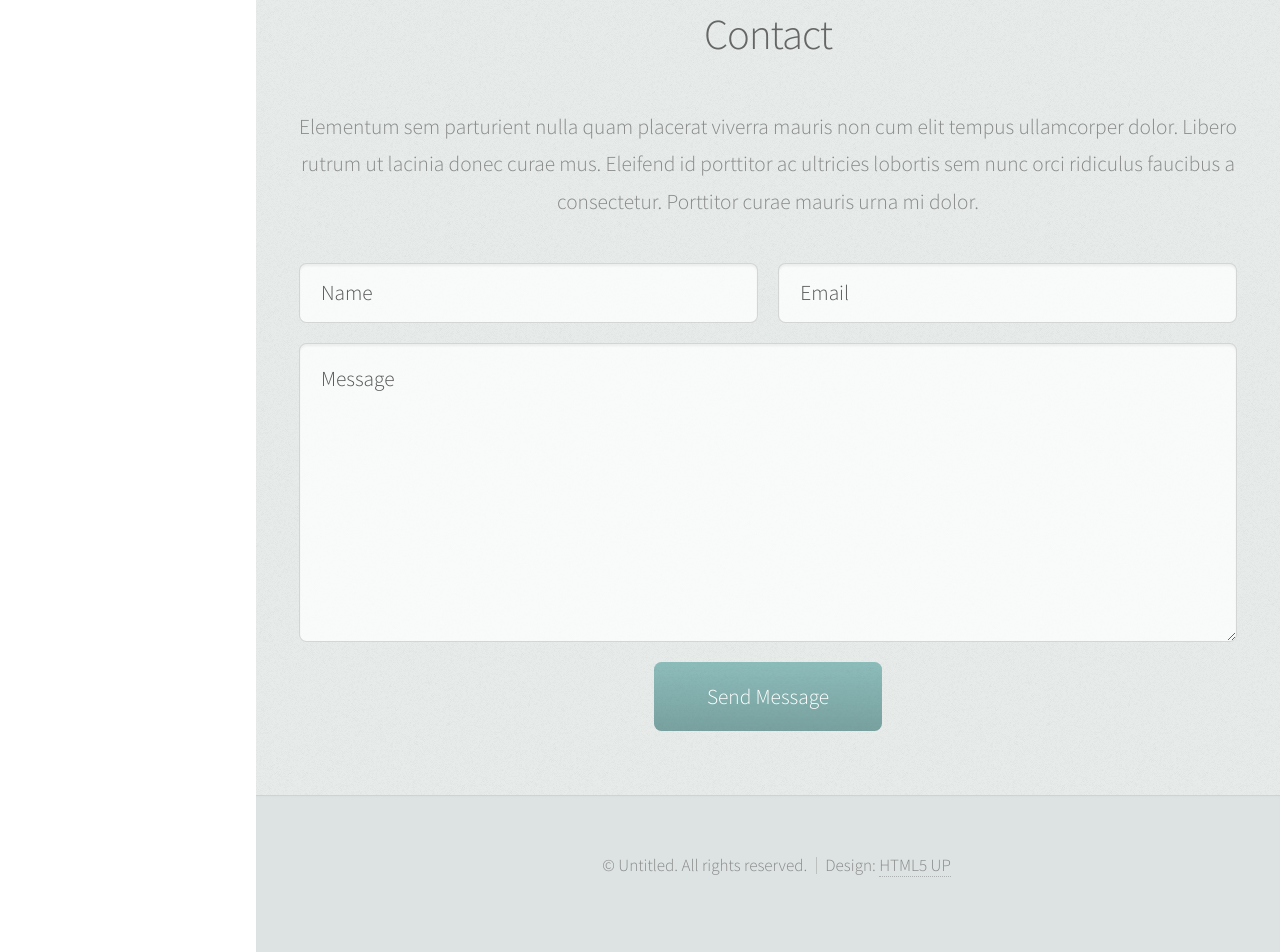
Repository: fiedore/fiedore.github.io
Page: index.html
An editor plug-in stored every save of this project. The page is shown before and after the next save, followed by the edit.
The browser window is 1280 px wide. The pictures show the part of the page from y = 1512 to 2464 px (the page is 2464 px tall).

Above is the page before, as saved 2025-06-03 09:28:29.

After the next save:
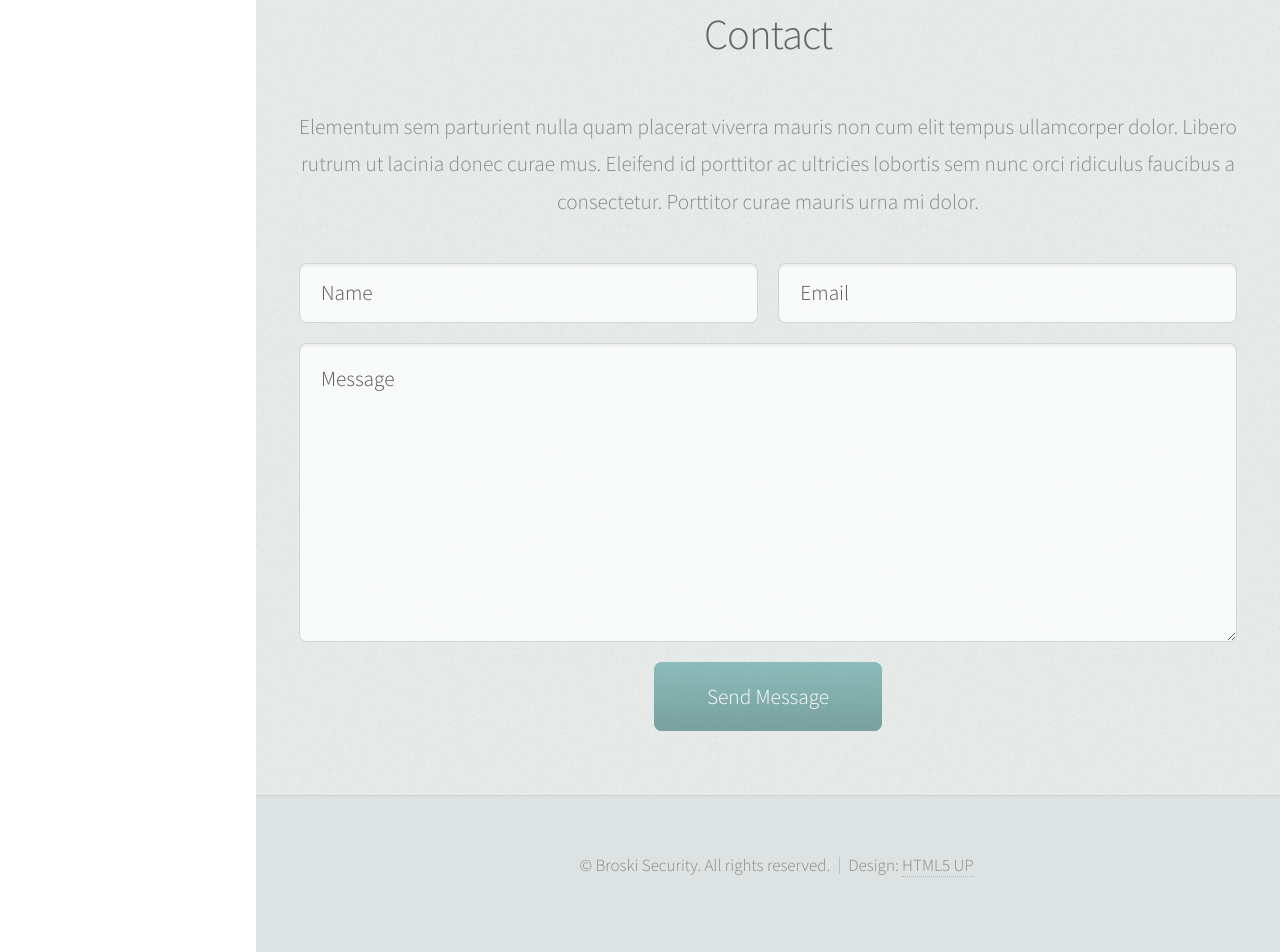
Saved 40 s later.
--- a/index.html
+++ b/index.html
@@ -186,7 +186,7 @@
 
 				<!-- Copyright -->
 					<ul class="copyright">
-						<li>&copy; Untitled. All rights reserved.</li><li>Design: <a href="http://html5up.net">HTML5 UP</a></li>
+						<li>&copy; Broski Security. All rights reserved.</li><li>Design: <a href="http://html5up.net">HTML5 UP</a></li>
 					</ul>
 
 			</div>
